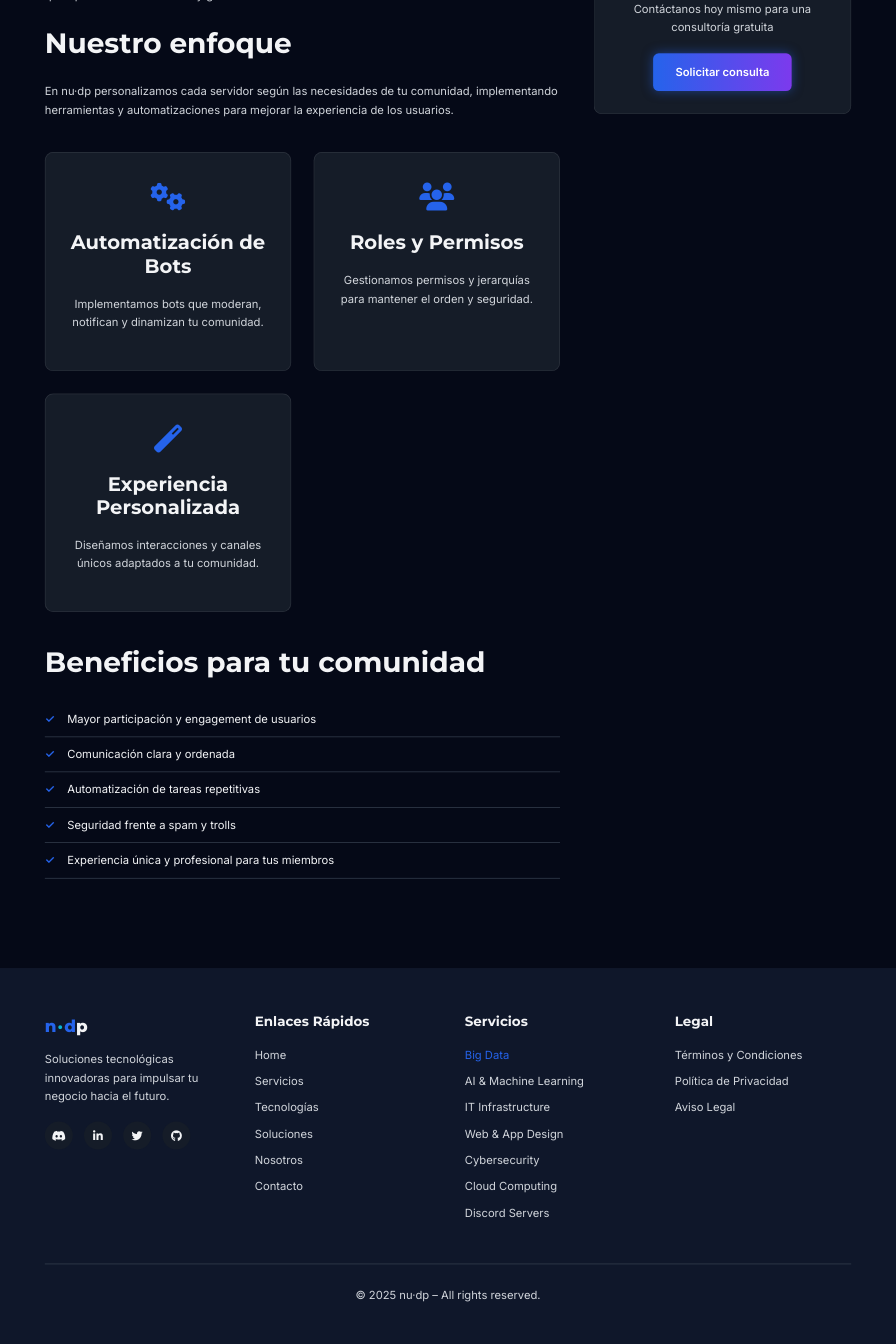
Repository: nu-dp/nu.dp-website
Page: services/discord.html
An editor plug-in stored every save of this project. The page is shown before and after the next save, followed by the edit.
The browser window is 1280 px wide. The pictures show the part of the page from y = 853 to 2773 px (the page is 2773 px tall), at 70% of full size.

Above is the page before, as saved 2025-08-21 22:12:14.

### services/discord.html
<!DOCTYPE html>
<html lang="es">
<head>
    <meta charset="UTF-8">
    <meta name="viewport" content="width=device-width, initial-scale=1.0">
    <title>Servidores de Discord - nu·dp</title>
    <meta name="description" content="Servicios de Big Data y análisis de datos para tu empresa">
    <link rel="preconnect" href="https://fonts.googleapis.com">
    <link rel="preconnect" href="https://fonts.gstatic.com" crossorigin>
    <link href="https://fonts.googleapis.com/css2?family=Montserrat:wght@300;400;500;600;700;800&family=Inter:wght@300;400;500;600&display=swap" rel="stylesheet">
    <link rel="stylesheet" href="https://cdnjs.cloudflare.com/ajax/libs/font-awesome/6.4.0/css/all.min.css">
    <link rel="stylesheet" href="../css/style.css">
</head>
<body>
    <!-- Header -->
    <header id="header">
        <div class="container header-container">
            <a href="../index.html" class="logo">
                <span class="logo-symbol">n</span>
                <span class="logo-divider">·</span>
                <span class="logo-symbol">d</span>
                <span class="logo-text">p</span>
            </a>

            <button class="mobile-menu-btn" id="mobile-menu">
                <span class="menu-line"></span>
                <span class="menu-line"></span>
                <span class="menu-line"></span>
            </button>

            <nav>
                <ul class="nav-menu" id="nav-menu">
                    <li><a href="../index.html">Home</a></li>
                    <li><a href="../services.html">Servicios</a></li>
                    <li><a href="../technologies.html">Tecnologías</a></li>
                    <li><a href="../solutions.html">Soluciones</a></li>
                    <li><a href="../about.html">Nosotros</a></li>
                    <li><a href="../contact.html">Contacto</a></li>
                </ul>
            </nav>
        </div>
    </header>

<!-- Hero Section -->
<section class="hero service-detail-hero">
    <div class="container hero-content">
        <div class="service-header">
            <div class="service-icon large">
                <i class="fab fa-discord"></i>
            </div>
            <h1 class="fade-in">Servidores de Discord Avanzados</h1>
        </div>
        <p class="hero-tagline fade-in">Creamos comunidades digitales con experiencias personalizadas</p>
    </div>
</section>

<!-- Service Detail -->
<section class="section">
    <div class="container">
        <div class="service-detail">
            <div class="service-info">
                <h2>¿Qué ofrecemos?</h2>
                <p>Diseñamos servidores de Discord avanzados, con roles, canales, bots y sistemas personalizados que optimizan la interacción y gestión de la comunidad.</p>

                <h2>Nuestro enfoque</h2>
                <p>En nu·dp personalizamos cada servidor según las necesidades de tu comunidad, implementando herramientas y automatizaciones para mejorar la experiencia de los usuarios.</p>

                <div class="features-grid">
                    <div class="feature-item">
                        <div class="feature-icon">
                            <i class="fas fa-cogs"></i>
                        </div>
                        <h3>Automatización de Bots</h3>
                        <p>Implementamos bots que moderan, notifican y dinamizan tu comunidad.</p>
                    </div>

                    <div class="feature-item">
                        <div class="feature-icon">
                            <i class="fas fa-users"></i>
                        </div>
                        <h3>Roles y Permisos</h3>
                        <p>Gestionamos permisos y jerarquías para mantener el orden y seguridad.</p>
                    </div>

                    <div class="feature-item">
                        <div class="feature-icon">
                            <i class="fas fa-magic"></i>
                        </div>
                        <h3>Experiencia Personalizada</h3>
                        <p>Diseñamos interacciones y canales únicos adaptados a tu comunidad.</p>
                    </div>
                </div>

                <h2>Beneficios para tu comunidad</h2>
                <ul class="benefits-list">
                    <li>Mayor participación y engagement de usuarios</li>
                    <li>Comunicación clara y ordenada</li>
                    <li>Automatización de tareas repetitivas</li>
                    <li>Seguridad frente a spam y trolls</li>
                    <li>Experiencia única y profesional para tus miembros</li>
                </ul>
            </div>

            <div class="service-cta">
                <div class="cta-card">
                    <h3>¿Interesado en nuestros Servidores de Discord?</h3>
                    <p>Contáctanos hoy mismo para una consultoría gratuita</p>
                    <a href="../contact.html" class="btn btn-glow">
                        <span class="btn-text">Solicitar consulta</span>
                        <div class="btn-hover-effect"></div>
                    </a>
                </div>
            </div>
        </div>
    </div>
</section>


    <!-- Footer -->
    <footer>
        <div class="container">
            <div class="footer-content">
                <div class="footer-about">
                    <div class="footer-logo">
                        <span class="logo-symbol">n</span>
                        <span class="logo-divider">·</span>
                        <span class="logo-symbol">d</span>
                        <span class="logo-text">p</span>
                    </div>
                    <p>Soluciones tecnológicas innovadoras para impulsar tu negocio hacia el futuro.</p>
                    <div class="social-links">
                        <a href="#" class="social-link">
                            <i class="fab fa-discord"></i>
                            <span class="link-tooltip">Únete a nuestro Discord</span>
                        </a>
                        <a href="#" class="social-link">
                            <i class="fab fa-linkedin-in"></i>
                            <span class="link-tooltip">Síguenos en LinkedIn</span>
                        </a>
                        <a href="#" class="social-link">
                            <i class="fab fa-twitter"></i>
                            <span class="link-tooltip">Síguenos en Twitter</span>
                        </a>
                        <a href="#" class="social-link">
                            <i class="fab fa-github"></i>
                            <span class="link-tooltip">Visita nuestro GitHub</span>
                        </a>
                    </div>
                </div>

                <div class="footer-links">
                    <h4>Enlaces Rápidos</h4>
                    <ul>
                        <li><a href="../index.html">Home</a></li>
                        <li><a href="../services.html">Servicios</a></li>
                        <li><a href="../technologies.html">Tecnologías</a></li>
                        <li><a href="../solutions.html">Soluciones</a></li>
                        <li><a href="../about.html">Nosotros</a></li>
                        <li><a href="../contact.html">Contacto</a></li>
                    </ul>
                </div>

                <div class="footer-links">
                    <h4>Servicios</h4>
                    <ul>
                        <li><a href="big-data.html" class="active">Big Data</a></li>
                        <li><a href="ai.html">AI & Machine Learning</a></li>
                        <li><a href="it-infra.html">IT Infrastructure</a></li>
                        <li><a href="web-app.html">Web & App Design</a></li>
                        <li><a href="cyber.html">Cybersecurity</a></li>
                        <li><a href="cloud.html">Cloud Computing</a></li>
                        <li><a href="discord.html">Discord Servers</a></li>
                    </ul>
                </div>

                <div class="footer-links">
                    <h4>Legal</h4>
                    <ul>
                        <li><a href="../terms-and-conditions.html">Términos y Condiciones</a></li>
                        <li><a href="../privacy-policy.html">Política de Privacidad</a></li>
                        <li><a href="../legal-notice.html">Aviso Legal</a></li>
                    </ul>
                </div>
            </div>

            <div class="footer-bottom">
                <p>© 2025 nu·dp – All rights reserved.</p>
            </div>
        </div>
    </footer>

    <!-- Floating Contact Button -->
    <div class="floating-contact">
        <a href="../contact.html" class="floating-btn">
            <i class="fas fa-paper-plane"></i>
            <span class="floating-text">Contactar</span>
        </a>
    </div>

    <script src="../js/script.js"></script>
</body>
</html>

Loaded but not shown: js/script.js (254 lines, source omitted); css/style.css (875 lines, source omitted)

After the next save:
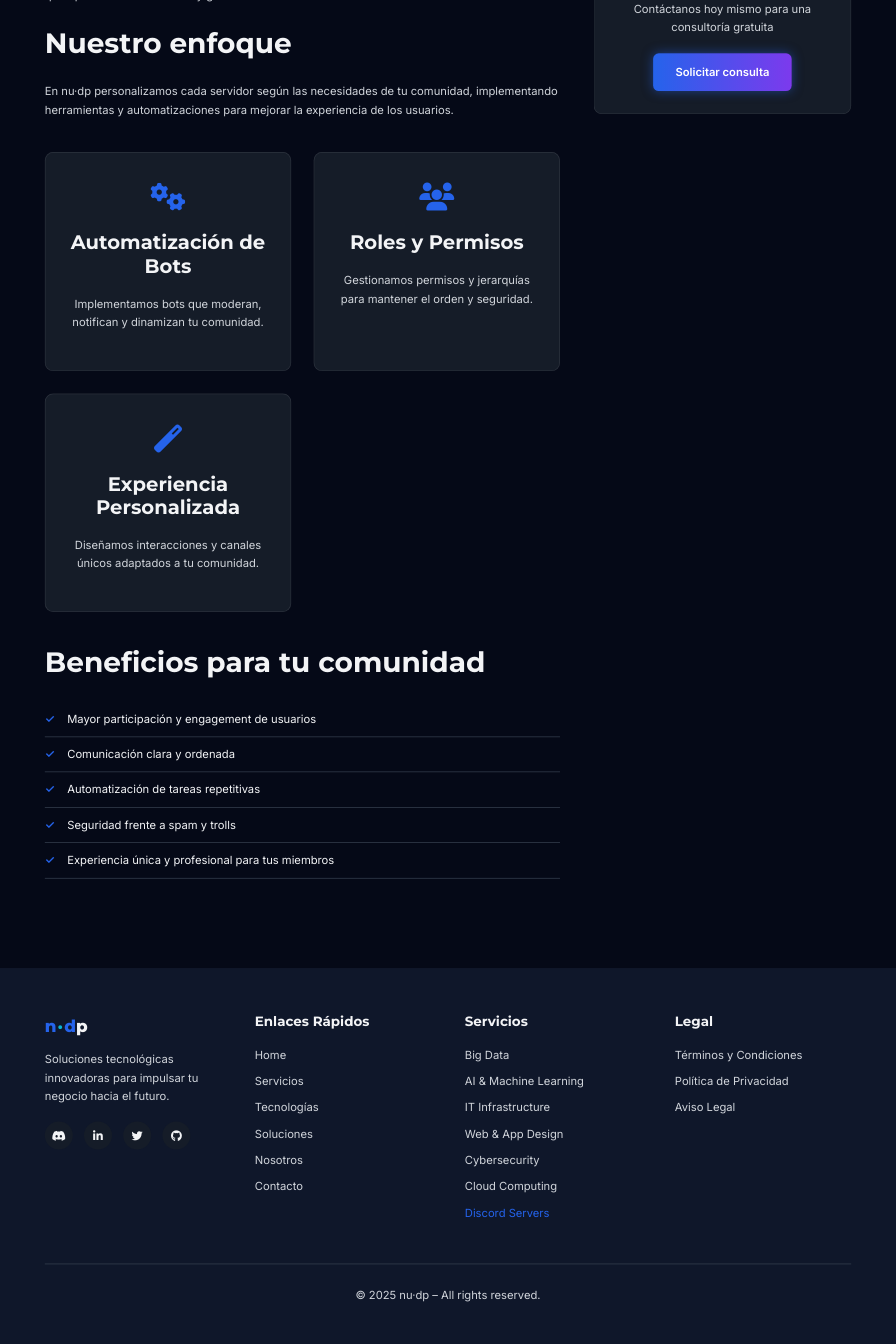
Saved 10 s later.
--- a/services/discord.html
+++ b/services/discord.html
@@ -163,13 +163,13 @@
                 <div class="footer-links">
                     <h4>Servicios</h4>
                     <ul>
-                        <li><a href="big-data.html" class="active">Big Data</a></li>
+                        <li><a href="big-data.html">Big Data</a></li>
                         <li><a href="ai.html">AI & Machine Learning</a></li>
                         <li><a href="it-infra.html">IT Infrastructure</a></li>
                         <li><a href="web-app.html">Web & App Design</a></li>
                         <li><a href="cyber.html">Cybersecurity</a></li>
                         <li><a href="cloud.html">Cloud Computing</a></li>
-                        <li><a href="discord.html">Discord Servers</a></li>
+                        <li><a href="discord.html" class="active">Discord Servers</a></li>
                     </ul>
                 </div>
 
